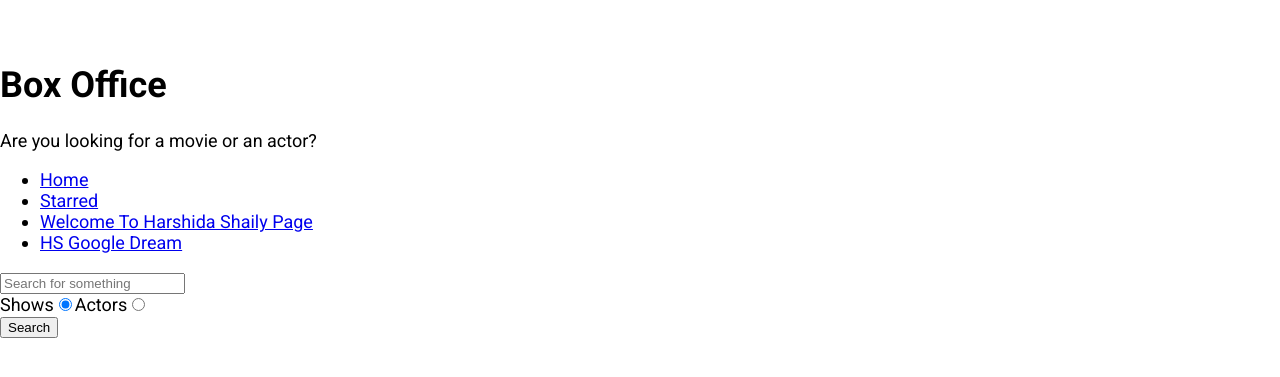
Repository: HARSHIDA18/box-office
Page: /
An editor plug-in stored every save of this project. The page is shown before and after the next save, followed by the edit.
The browser window is 1280 px wide. The pictures show the whole page.
The project was rebuilt for these pictures with package versions that can differ from the ones it lists, and the page was loaded fresh each time. A package was used in the major version that the imports need, not the one package.json lists. Also part of the build but not shown: src/components/styled.js, src/components/show/ShowCard.styled.js, src/components/show/showCard.js, src/components/show/ShowGrid.js, src/components/actor/ActorCard.js, src/components/actor/ActorGrid.js, src/pages/Starred.js, src/components/show/ShowMainData.styled.js and 5 more. Imported but missing from the stored project, and not drawn on this page: src/components/show/Details, src/components/show/Seasons, src/serviceWorkerRegistration.

Above is the page before, as saved 2022-06-22 16:35:59.

### src/index.js
import React from 'react';
import ReactDOM from 'react-dom';
import { BrowserRouter } from 'react-router-dom';
import './index.css';
import App from './App';
import * as serviceWorker from './serviceWorkerRegistration';

ReactDOM.render(
  <BrowserRouter>
    <App />
  </BrowserRouter>,
  document.getElementById('root')
);

// If you want your app to work offline and load faster, you can change
// unregister() to register() below. Note this comes with some pitfalls.
// Learn more about service workers: https://bit.ly/CRA-PWA
serviceWorker.unregister();

### src/pages/Home.js
import React, { useState } from 'react';
import MainPageLayout from '../components/MainPageLayout';
import { apiGet } from '../misc/config';
import ShowGrid from '../components/show/ShowGrid';
import ActorGrid from '../components/actor/ActorGrid';
import { useLastQuery } from '../misc/custom-hooks';

function Home() {
  const [input, setInput] = useLastQuery();
  const [results, setResults] = useState(null);
  const [searchOption, setSearchOption] = useState('shows');

  const isShowsSearch = searchOption === 'shows';
  const onSearch = () => {
    apiGet(`/search/${searchOption}?q=${input}`).then(result => {
      setResults(result);
    });
  };

  const onInputChange = ev => {
    setInput(ev.target.value);
  };

  const onKeyDown = ev => {
    if (ev.keyCode === 13) {
      onSearch();
    }
  };

  const onRadioChange = ev => {
    setSearchOption(ev.target.value);
  };

  const renderResults = () => {
    if (results && results.length === 0) {
      return <div>No results</div>;
    }

    if (results && results.length > 0) {
      return results[0].show ? (
        <ShowGrid data={results} />
      ) : (
        <ActorGrid data={results} />
      );
    }

    return null;
  };

  return (
    <MainPageLayout>
      <input
        type="text"
        placeholder="Search for something"
        onChange={onInputChange}
        onKeyDown={onKeyDown}
        value={input}
      />

      <div>
        <label htmlFor="shows-search">
          Shows
          <input
            id="shows-search"
            type="radio"
            value="shows"
            checked={isShowsSearch}
            onChange={onRadioChange}
          />
        </label>

        <label htmlFor="actors-search">
          Actors
          <input
            id="actors-search"
            type="radio"
            value="people"
            checked={!isShowsSearch}
            onChange={onRadioChange}
          />
        </label>
      </div>

      <button type="button" onClick={onSearch}>
        Search
      </button>
      {renderResults()}
    </MainPageLayout>
  );
}

export default Home;

### src/components/MainPageLayout.js
import React from 'react';
import Navs from './Navs';
import Title from './Title';

function MainPageLayout({ children }) {
  return (
    <div>
      <Title
        title="Box Office"
        subtitle="Are you looking for a movie or an actor?"
      />
      <Navs />

      {children}
    </div>
  );
}

export default MainPageLayout;

### src/misc/custom-hooks.js
import { useReducer, useEffect, useState } from 'react';
import { apiGet } from './config';

function showsReducer(prevState, action) {
  switch (action.type) {
    case 'ADD': {
      return [...prevState, action.showId];
    }

    case 'REMOVE': {
      return prevState.filter(showId => showId !== action.showId);
    }

    default:
      return prevState;
  }
}

function usePersistedReducer(reducer, initialState, key) {
  const [state, dispatch] = useReducer(reducer, initialState, initial => {
    const persisted = localStorage.getItem(key);

    return persisted ? JSON.parse(persisted) : initial;
  });

  useEffect(() => {
    localStorage.setItem(key, JSON.stringify(state));
  }, [state, key]);

  return [state, dispatch];
}

export function useShows(key = 'shows') {
  return usePersistedReducer(showsReducer, [], key);
}

export function useLastQuery(key = 'lastQuery') {
  const [input, setInput] = useState(() => {
    const persisted = sessionStorage.getItem(key);

    return persisted ? JSON.parse(persisted) : '';
  });

  const setPersistedInput = newState => {
    setInput(newState);
    sessionStorage.setItem(key, JSON.stringify(newState));
  };

  return [input, setPersistedInput];
}

const reducer = (prevState, action) => {
  switch (action.type) {
    case 'FETCH_SUCCESS': {
      return { isLoading: false, error: null, show: action.show };
    }

    case 'FETCH_FAILED': {
      return { ...prevState, isLoading: false, error: action.error };
    }

    default:
      return prevState;
  }
};

export function useShow(showId) {
  const [state, dispatch] = useReducer(reducer, {
    show: null,
    isLoading: true,
    error: null,
  });

  useEffect(() => {
    let isMounted = true;

    apiGet(`/shows/${showId}?embed[]=seasons&embed[]=cast`)
      .then(results => {
        if (isMounted) {
          dispatch({ type: 'FETCH_SUCCESS', show: results });
        }
      })
      .catch(err => {
        if (isMounted) {
          dispatch({ type: 'FETCH_FAILED', error: err.message });
        }
      });

    return () => {
      isMounted = false;
    };
  }, [showId]);

  return state;
}

### src/components/Navs.js
import React from 'react';
import { Link } from 'react-router-dom';

const LINKS = [
  { to: '/', text: 'Home' },
  { to: '/starred', text: 'Starred' },
  { to: '/Harshida', text: 'Welcome To Harshida Shaily Page' },
  { to: '/Google', text: 'HS Google Dream' },
];

function Navs() {
  return (
    <div>
      <ul>
        {LINKS.map(item => (
          <li key={item.to}>
            <Link to={item.to}>{item.text}</Link>
          </li>
        ))}
      </ul>
    </div>
  );
}

export default Navs;

### src/components/Title.js
import React from 'react';

function Title({ title, subtitle }) {
  return (
    <div>
      <h1>{title}</h1>
      <p>{subtitle}</p>
    </div>
  );
}

export default Title;

### src/components/Navs.styled.js
import styled from 'styled-components';
import { Link } from 'react-router-dom';

export const NavList = styled.ul`
  display: flex;
  justify-content: center;
  list-style: none;
  margin: 0 0 30px;
  padding: 0;
`;

export const LinkStyled = styled(Link)`
  margin: 0 10px;
  padding: 3px 15px;
  position: relative;
  text-decoration: none;
  color: ${({ theme }) => theme.mainColors.gray};
  &.active {
    color: ${({ theme }) => theme.mainColors.blue};
    &:after {
      content: '';
      position: absolute;
      display: block;
      height: 2px;
      left: 0%;
      bottom: 0;
      background-color: ${({ theme }) => theme.mainColors.blue};
      animation: slide-in 0.3s ease-in forwards;
      @keyframes slide-in {
        from {
          left: 50%;
          width: 0;
        }
        to {
          left: 0%;
          width: 100%;
        }
      }
    }
  }
`;

Loaded but not shown: public/index.html (common file); src/index.css (common file); src/App.js (common file); src/misc/config.js (common file)

After the next save:
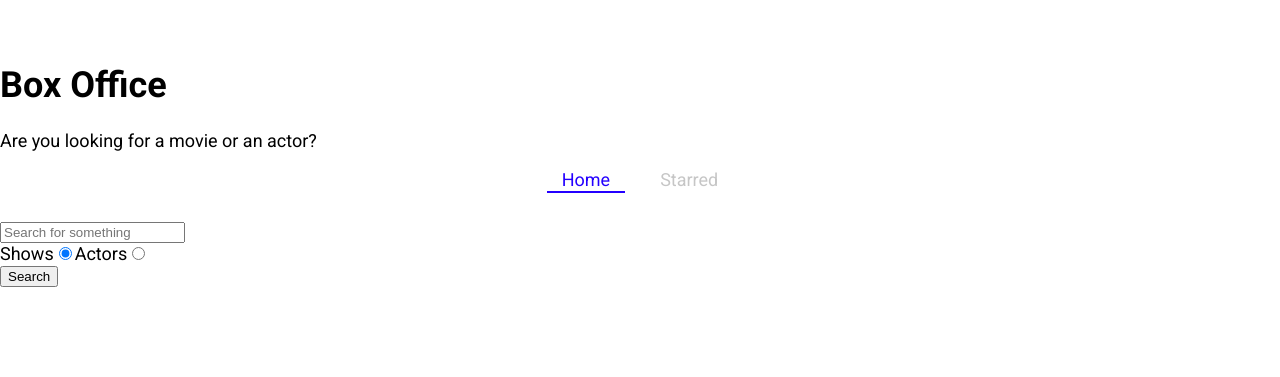
Saved 85 s later.
--- a/src/components/Navs.js
+++ b/src/components/Navs.js
@@ -1,25 +1,32 @@
 import React from 'react';
-import { Link } from 'react-router-dom';
+import { useLocation } from 'react-router-dom';
+
+import { NavList, LinkStyled } from './Navs.styled';
 
 const LINKS = [
   { to: '/', text: 'Home' },
   { to: '/starred', text: 'Starred' },
-  { to: '/Harshida', text: 'Welcome To Harshida Shaily Page' },
-  { to: '/Google', text: 'HS Google Dream' },
 ];
 
-function Navs() {
+const Navs = () => {
+  const location = useLocation();
+
   return (
     <div>
-      <ul>
+      <NavList>
         {LINKS.map(item => (
           <li key={item.to}>
-            <Link to={item.to}>{item.text}</Link>
+            <LinkStyled
+              to={item.to}
+              className={item.to === location.pathname ? 'active' : ''}
+            >
+              {item.text}
+            </LinkStyled>
           </li>
         ))}
-      </ul>
+      </NavList>
     </div>
   );
-}
+};
 
 export default Navs;
